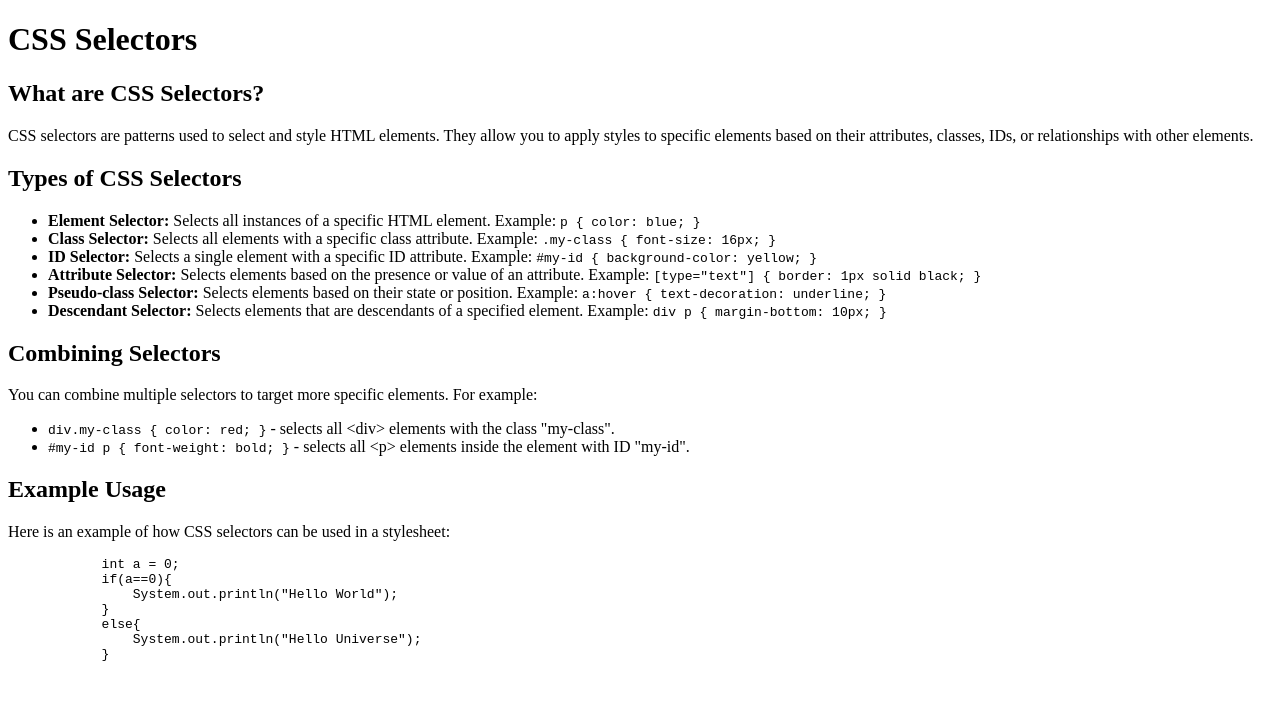
Repository: anjalipatel-dev/web-dev-learning-journey
Page: 02_css_concept/03_selectors/index.html
The author's editor kept a copy of each file at every save. The page is drawn from the files as they stood at one save, then again after the next save.
The browser window is 1280 px wide. The pictures show the whole page.

Above is the page before, as saved 2025-10-06 04:45:56.

After the next save:
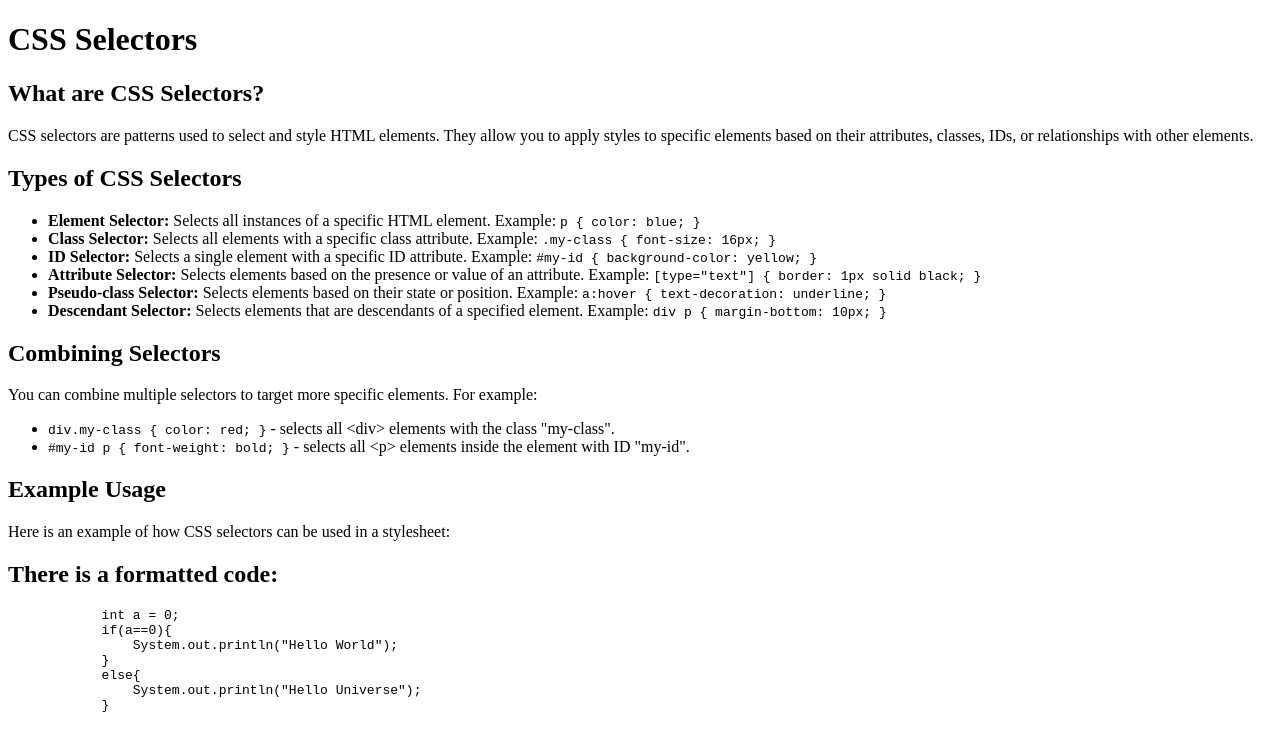
Saved 59 s later.
--- a/02_css_concept/03_selectors/index.html
+++ b/02_css_concept/03_selectors/index.html
@@ -40,6 +40,7 @@
             <h2>Example Usage</h2>
             <p>Here is an example of how CSS selectors can be used in a stylesheet:</p>
         </section>
+        <h2>There is a formatted code:</h2>
         <pre>
             int a = 0;
             if(a==0){
